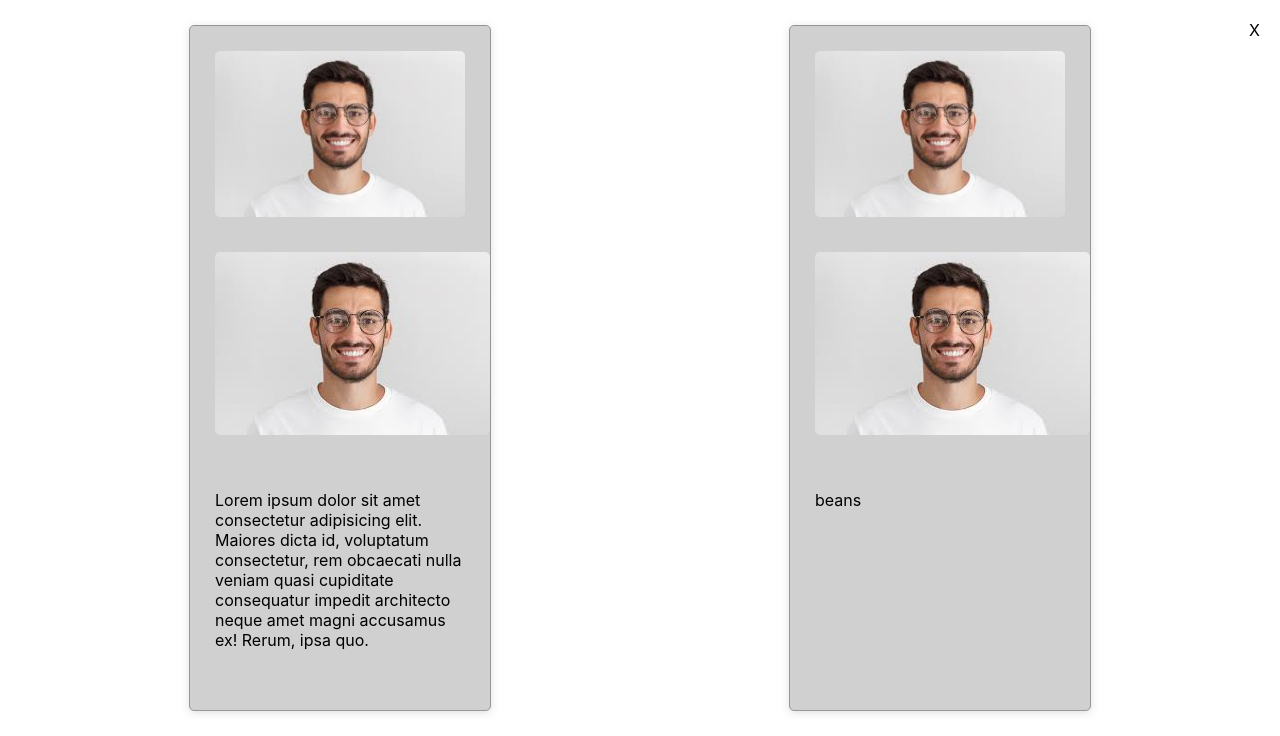
Repository: mikelnorth/team-profile-demo
Page: /
An editor plug-in stored every save of this project. The page is shown before and after the next save, followed by the edit.
The browser window is 1280 px wide. The pictures show the whole page.
The project was rebuilt for these pictures with package versions that can differ from the ones it lists, and the page was loaded fresh each time.

Above is the page before, as saved 2022-05-19 19:26:57.

### src/App.js
import { useState } from 'react';
import './App.scss';
import Card from './components/Card';
import { getPeople } from './api/person.js';
import React from 'react';

function App() {

  const [people, setPeople] = useState(getPeople());

  return (
    <div className="App">
      <nav className="nav">X</nav>

      <main>
        {people.map((person) => {
          return <Card person={person}><div>
            <img src={person.image}/>
            <p>{person.text}</p>
            </div>
            </Card>
        })}
      </main>

    </div>
  );
}

export default App;

### src/App.scss
nav {
  position: absolute;
  top: 20px;
  right: 20px;
}

main {
  display: flex;
  justify-content: space-around;
  max-width: 1200px;
  margin: auto;
  padding: 25px;
}

### src/components/Card.js
import headshot from "../assets/images/stock-head.jpeg";
import './Card.scss';

export default function Card({person, children}) {
  console.log('person', person )
  return (
    <section className="card">
      <img src={headshot} alt="headshot" />
      {children}
    </section>
  );
}

### src/api/person.js
import headshot from "../assets/images/stock-head.jpeg"

export function getPeople() {
  return [
    {
      id: 1,
      image: headshot,
      text: "Lorem ipsum dolor sit amet consectetur adipisicing elit. Maiores dicta id, voluptatum consectetur, rem obcaecati nulla veniam quasi cupiditate consequatur impedit architecto neque amet magni accusamus ex! Rerum, ipsa quo."
    },
    {
      id: 2,
      image: headshot,
      text: "beans"
    }
  ];
}

### src/components/Card.scss
.card {
  display: flex;
  flex-direction: column;
  width: 250px;
  padding: 25px;
  background-color: #d0d0d0;
  border: 1px solid #969696;
  border-radius: 5px;
  box-shadow: rgba(99, 99, 99, 0.2) 0px 2px 8px 0px;

  img {
    border-radius: 5px;
  }

  p, img {
    margin-bottom: 35px;
  }
}

Loaded but not shown: public/index.html (common file); src/index.js (common file); src/index.css (common file); src/reportWebVitals.js (common file)

After the next save:
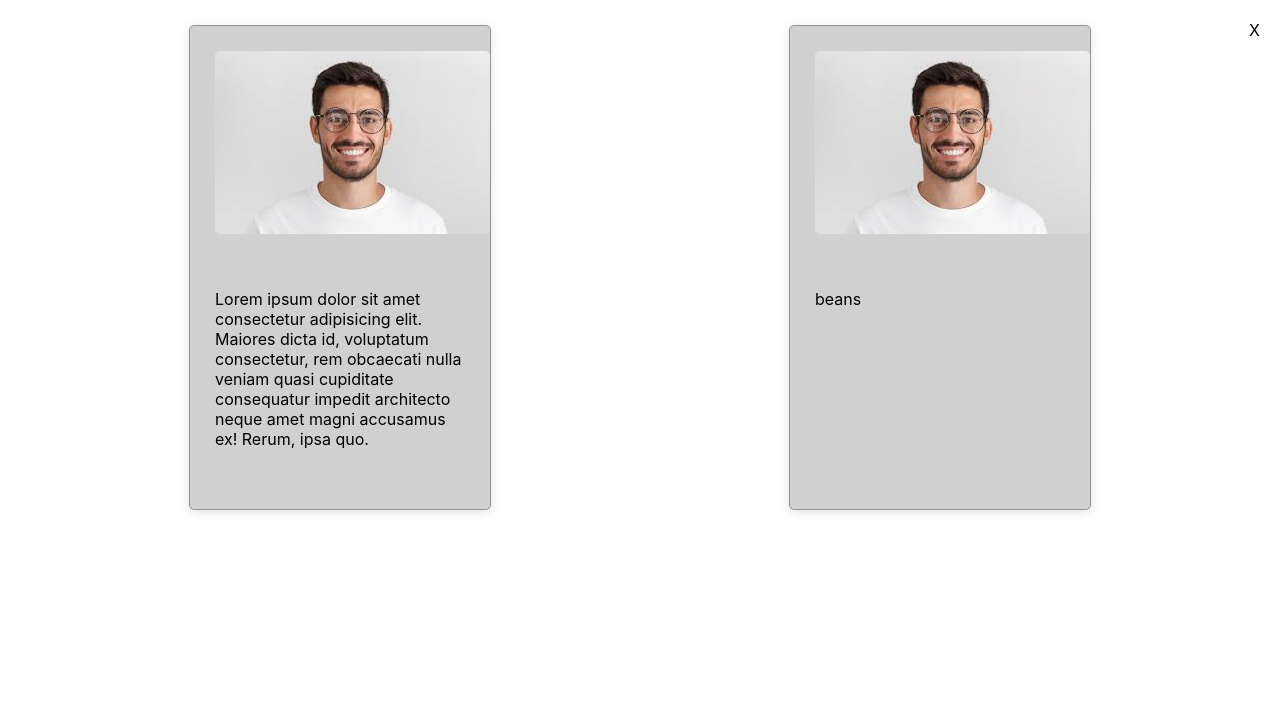
Saved 4 s later.
--- a/src/components/Card.js
+++ b/src/components/Card.js
@@ -5,7 +5,6 @@ export default function Card({person, children}) {
   console.log('person', person )
   return (
     <section className="card">
-      <img src={headshot} alt="headshot" />
       {children}
     </section>
   );
